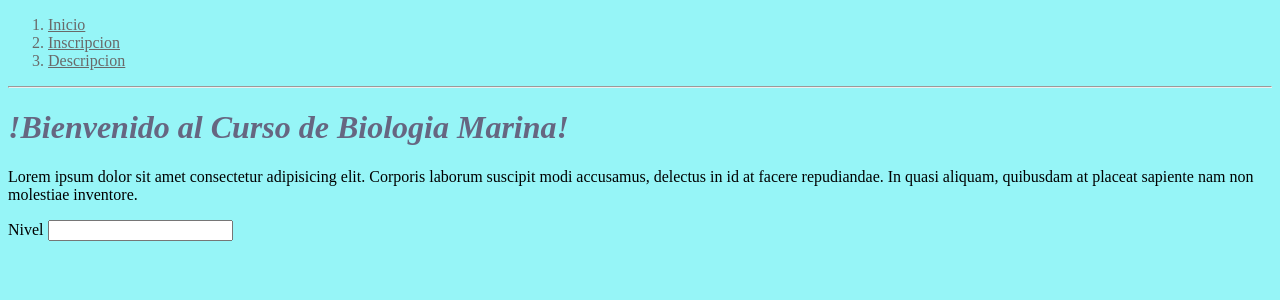
Repository: Arito05/Mi-primer-Repositorio
Page: nuevo/inicio.html
The author's editor kept a copy of each file at every save. The page is drawn from the files as they stood at one save, then again after a run of saves.
The browser window is 1280 px wide. The pictures show the whole page.

Above is the page before, as saved 2024-07-20 11:32:46.

### nuevo/inicio.html
<!DOCTYPE html>
<html lang="en">
  <head>
    <meta charset="UTF-8" />
    <meta name="viewport" content="width=device-width, initial-scale=1.0" />
    <title>Arianna</title>
    <style>
      body {
        background-color: rgb(150, 245, 247);
      }
    </style>
  </head>
  <body>
    <ol style="color: dimgrey">
      <li><a href="inicio.html" style="color: dimgrey">Inicio</a></li>
      <li><a href="inscripcion.html" style="color: dimgrey">Inscripcion</a></li>
      <li>
        <a href="zdescripcion.html" style="color: dimgrey">Descripcion</a>
      </li>
    </ol>
    <hr style="color: white" />

    <h1 style="color: rgb(102, 102, 129)">
      <i>!Bienvenido al Curso de Biologia Marina!</i>
    </h1>
    <p>
      Lorem ipsum dolor sit amet consectetur adipisicing elit. Corporis laborum
      suscipit modi accusamus, delectus in id at facere repudiandae. In quasi
      aliquam, quibusdam at placeat sapiente nam non molestiae inventore.
    </p>
    <label for="niveles">Nivel</label>
    <input list="niveles" />
    <datalist id="niveles">
      <option>1</option>
      <option>2</option>
      <option>3</option>

    </datalist>
  </body>
</html>

After the next 3 saves:
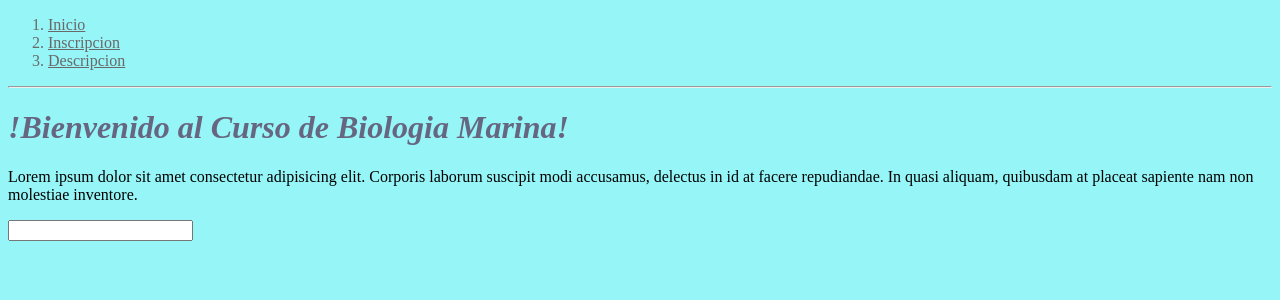
The 3 saves are shown as one change because they came seconds apart.
The last was saved 9 s later.
--- a/nuevo/inicio.html
+++ b/nuevo/inicio.html
@@ -28,7 +28,7 @@
       suscipit modi accusamus, delectus in id at facere repudiandae. In quasi
       aliquam, quibusdam at placeat sapiente nam non molestiae inventore.
     </p>
-    <label for="niveles">Nivel</label>
+    <label for="niveles"></label>
     <input list="niveles" />
     <datalist id="niveles">
       <option>1</option>
